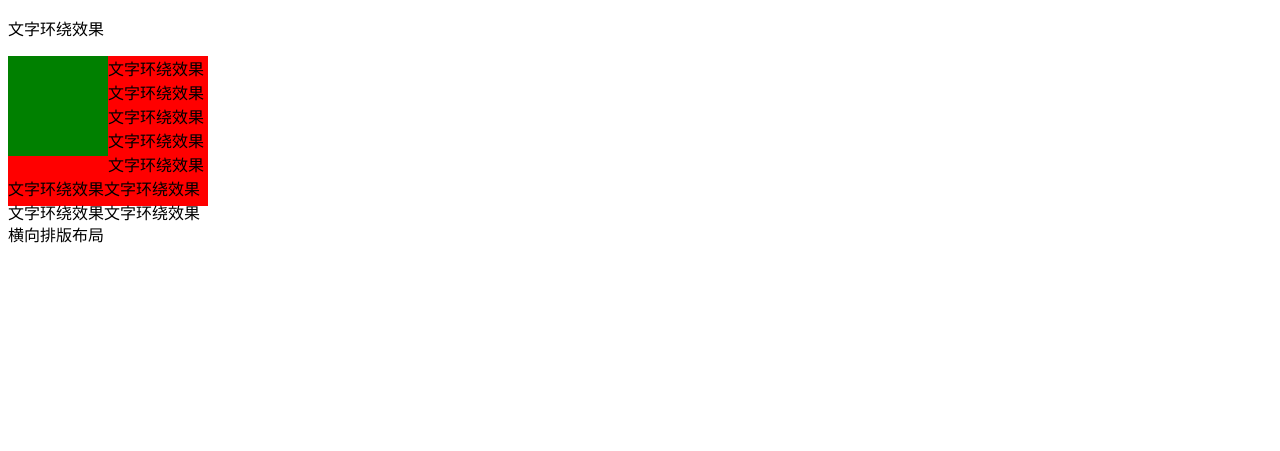
Repository: fixbb/workspace
Page: 015元素的浮动布局/index.html
An editor plug-in stored every save of this project. The page is shown before and after the next save, followed by the edit.
The browser window is 1280 px wide. The pictures show the whole page.

Above is the page before, as saved 2021-08-29 20:53:59.

### 015元素的浮动布局/index.html
<!DOCTYPE html>
<html lang="en">
<head>
    <meta charset="UTF-8">
    <meta http-equiv="X-UA-Compatible" content="IE=edge">
    <meta name="viewport" content="width=device-width, initial-scale=1.0">
    <title>Document</title>
    <style>
        .green {
            width: 100px;height: 100px;
            background-color: green;
            float: left;
        }
        .red {
            width: 200px;height: 150px;
            background-color: red;
        }
        .a {
            background-color: red;
        }
        .b {
            background-color: green;
        }
        .c {
            background-color: blue;
        }
        .a, .b, .c {
            height: 150px;
            float: left;
        }
    </style>
</head>
<body>
    <p>
         文字环绕效果
    </p>
    <div class="green"></div>
    <div class="red">文字环绕效果文字环绕效果文字环绕效果文字环绕效果文字环绕效果文字环绕效果文字环绕效果文字环绕效果文字环绕效果</div>

    <p>横向排版布局</p>
    <div class="a"></div>
    <div class="b"></div>
    <div class="c"></div>
</body>
</html>

After the next save:
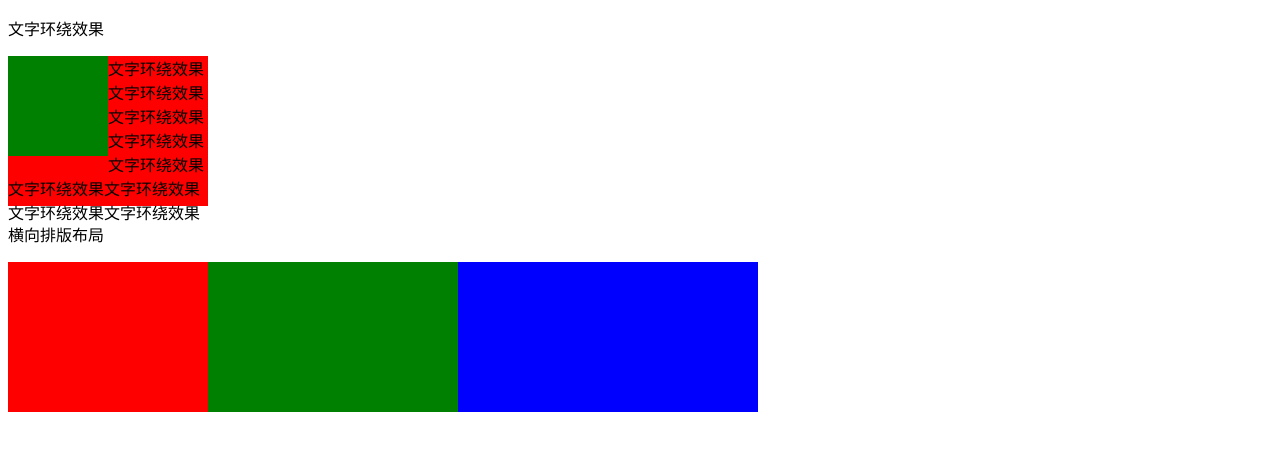
Saved 28 s later.
--- a/015元素的浮动布局/index.html
+++ b/015元素的浮动布局/index.html
@@ -16,12 +16,15 @@
             background-color: red;
         }
         .a {
+            width: 200px;
             background-color: red;
         }
         .b {
+            width: 250px;
             background-color: green;
         }
         .c {
+            width: 300px;
             background-color: blue;
         }
         .a, .b, .c {
